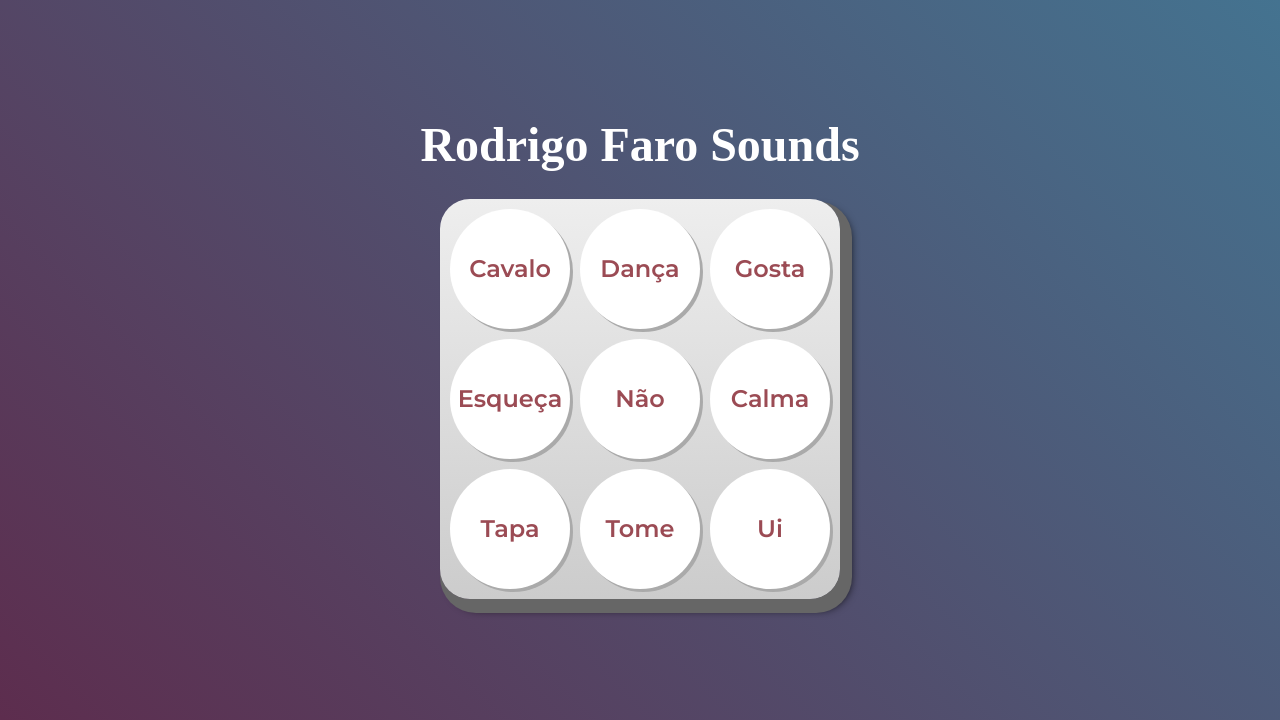
Repository: barbara-teresa-toledo/rodrigo-faro-sounds
Page: index.html
The author's editor kept a copy of each file at every save. The page is drawn from the files as they stood at one save, then again after the next save.
The browser window is 1280 px wide. The pictures show the whole page.

Above is the page before, as saved 2022-08-02 16:28:31.

After the next save:
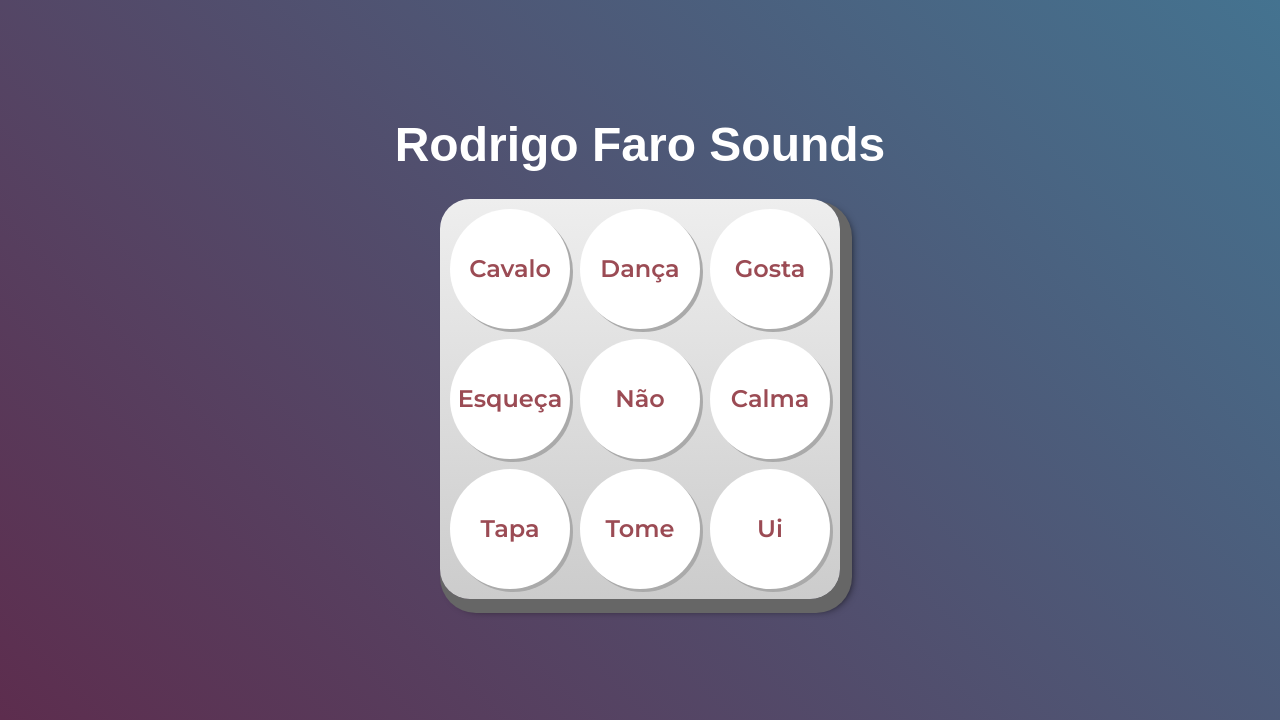
Saved 48 s later.
--- a/css/estilos.css
+++ b/css/estilos.css
@@ -22,7 +22,7 @@
   margin-bottom: 30px;
   font-size: 3rem;
   font-weight: bold;
-  font-family: 'Lilita One', cursive;
+  font-family: 'Mouse Memoirs', sans-serif;
 }
 
 .teclado {
